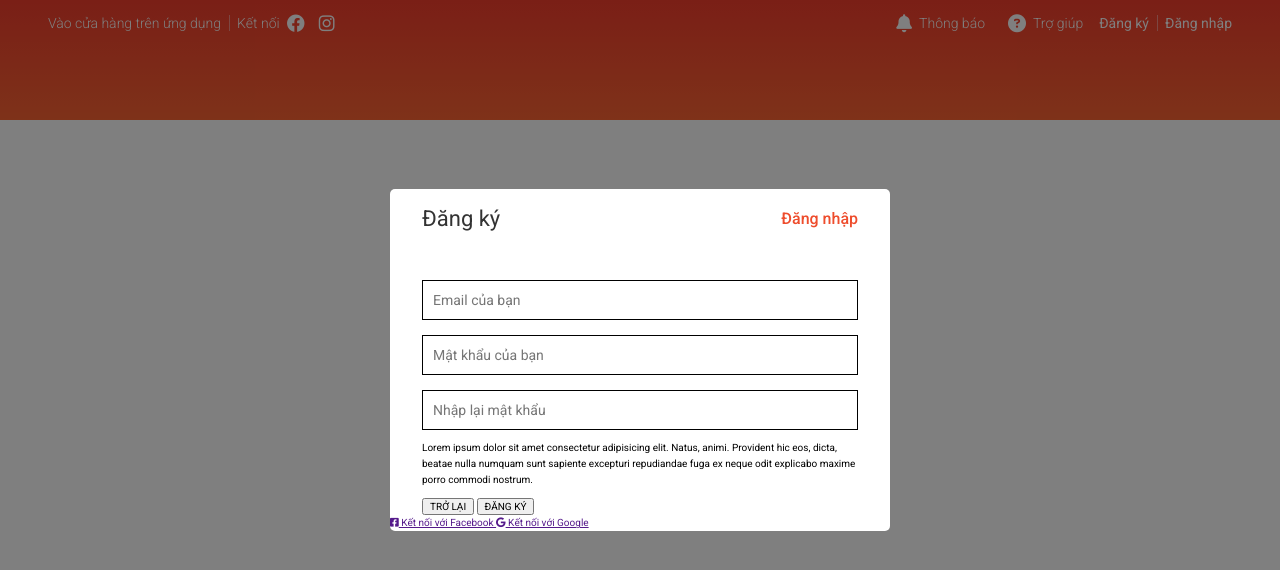
Repository: dptuyen1/F8-Tutorial
Page: index.html
The author's editor kept a copy of each file at every save. The page is drawn from the files as they stood at one save, then again after the next save.
The browser window is 1280 px wide. The pictures show the whole page.

Above is the page before, as saved 2023-05-08 17:04:17.

After the next save:
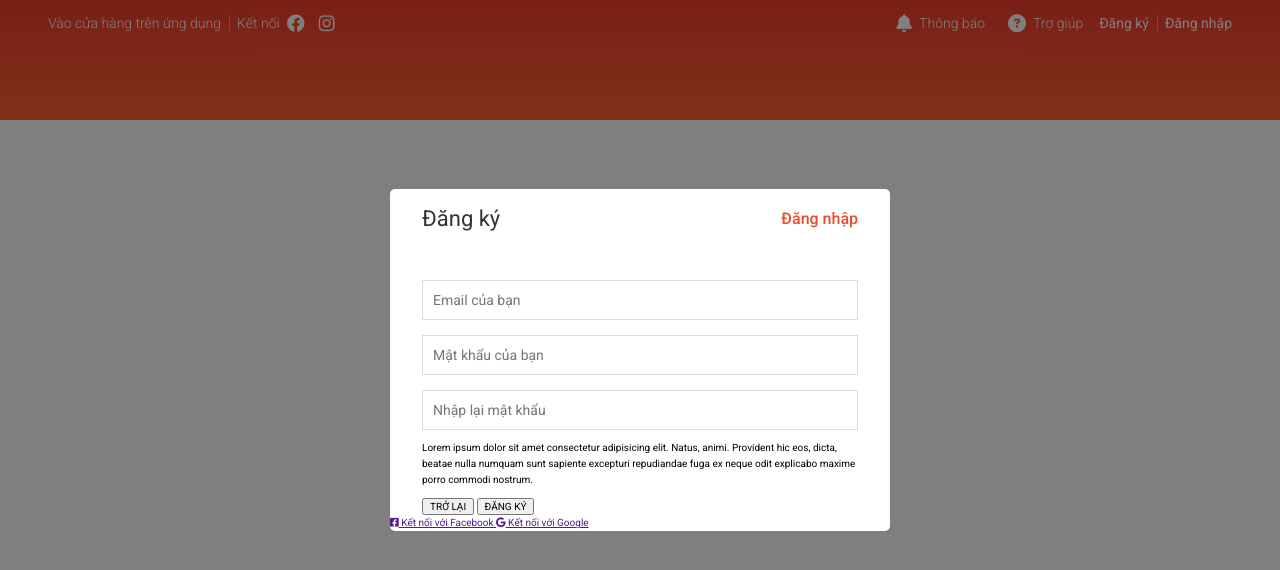
Saved 13 s later.
--- a/assets/css/main.css
+++ b/assets/css/main.css
@@ -276,7 +276,7 @@
   margin-top: 15px;
   padding: 0 10px;
   font-size: 1.4rem;
-  border: 1px solid;
+  border: 1px solid var(--border-color);
 }
 
 .auth-form__aside {
